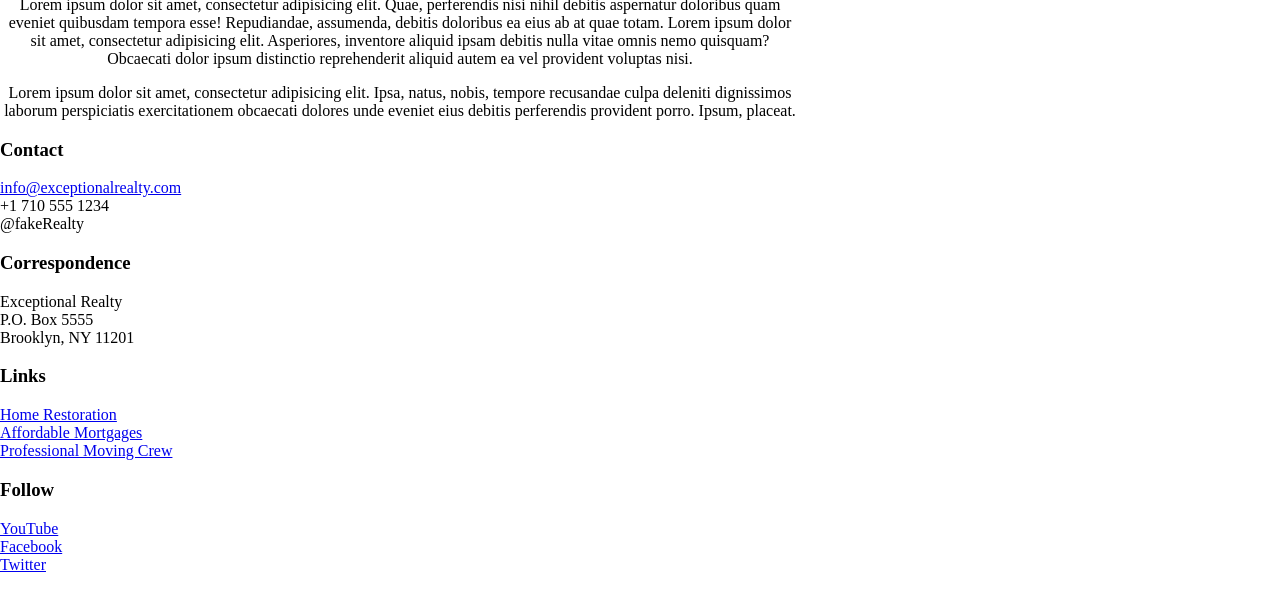
Repository: annferracane/phase-0-css-fundamentals-lab
Page: index.html
These files come from the project's save history. The page is drawn as it stood at one moment and after the next save; the edit follows.
The browser window is 1280 px wide. The pictures show the part of the page from y = 454 to 1044 px (the page is 1044 px tall).
A picture or video elsewhere on the page could not be fetched, so the positions and the page height are approximate.

Above is the page before, as saved 2022-11-11 08:38:54.

### index.html
<!DOCTYPE html>
<html lang="en">
  <head>
    <meta charset="UTF-8">
    <title>Exceptional Realty Group - Luxury Homes - About</title>
    <!-- Don't forget to link your CSS file! -->
    <link rel="stylesheet" href="./style.css" />
  </head>
  <body>
    <header>
      <!-- logo -->
      <h1>Exceptional Realty Group</h1>

      <nav>
        <a href="index.html">About</a> <a href="new-properties.html">New Properties</a> <a href="real-estate-listings.html">Listings</a> <a href="market-report.html">Market Report</a> <a href="contact.html">Contact</a> <a href="http://hud.gov" target="_blank">H.U.D.</a>
      </nav>
    </header>

    <section id="featured-property">
      <figure>
        <img src="images/intro-pic.jpg" alt="A beautiful living room." title="Welcome to Exceptional Realty Group">
        <figcaption>345 Carl Street Apt 12, Carrol Rd. Brooklyn, NY - Photo by Denise Richards.</figcaption>
      </figure>

      <p>Lorem ipsum dolor sit amet, consectetur adipisicing elit. Quae, perferendis nisi nihil debitis aspernatur doloribus quam eveniet quibusdam tempora esse! Repudiandae, assumenda, debitis doloribus ea eius ab at quae totam. Lorem ipsum dolor sit amet, consectetur adipisicing elit. Asperiores, inventore aliquid ipsam debitis nulla vitae omnis nemo quisquam? Obcaecati dolor ipsum distinctio reprehenderit aliquid autem ea vel provident voluptas nisi.</p>
      <p>Lorem ipsum dolor sit amet, consectetur adipisicing elit. Ipsa, natus, nobis, tempore recusandae culpa deleniti dignissimos laborum perspiciatis exercitationem obcaecati dolores unde eveniet eius debitis perferendis provident porro. Ipsum, placeat.</p>
    </section>

    <section id="details">
      <div>
        <h3>Contact</h3>
        <p>
          <a href="mailto:info@exceptionalrealty.com">info@exceptionalrealty.com</a><br>
          +1 710 555 1234<br>
          @fakeRealty
        </p>
      </div>

      <div>
        <h3>Correspondence</h3>
        <p>
          Exceptional Realty<br>
          P.O. Box 5555<br>
          Brooklyn, NY 11201
        </p>
      </div>

      <div>
        <h3>Links</h3>
        <p>
          <a href="#" target="_blank">Home Restoration</a><br>
          <a href="#" target="_blank">Affordable Mortgages</a><br>
          <a href="#" target="_blank">Professional Moving Crew</a>
        </p>
      </div>

      <div>
        <h3>Follow</h3>
        <p>
          <a href="#" target="_blank">YouTube</a><br>
          <a href="#" target="_blank">Facebook</a><br>
          <a href="#" target="_blank">Twitter</a>
        </p>
      </div>
    </section>
  </body>
</html>

### style.css
body {
  width: 100%;
  height: 100%;
  margin: 0;
}

h1,
nav,
figure {
  text-align: center;
}

nav a {
  padding-left: 10px;
  padding-right: 10px;
  background-color: gray;
}

figcaption {
  font-size: small;
}

section#featured-property p {
  width: 800px;
  text-align: center;
}

After the next save:
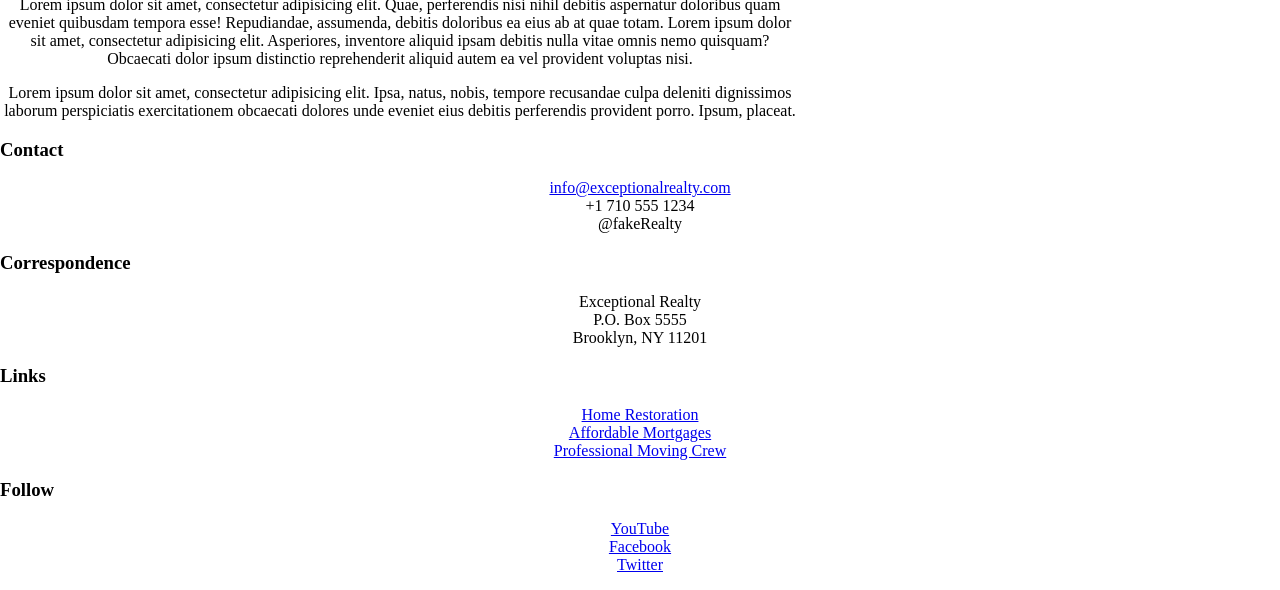
Saved 24 s later.
--- a/style.css
+++ b/style.css
@@ -6,7 +6,8 @@
 
 h1,
 nav,
-figure {
+figure,
+p {
   text-align: center;
 }
 

After the save that followed:
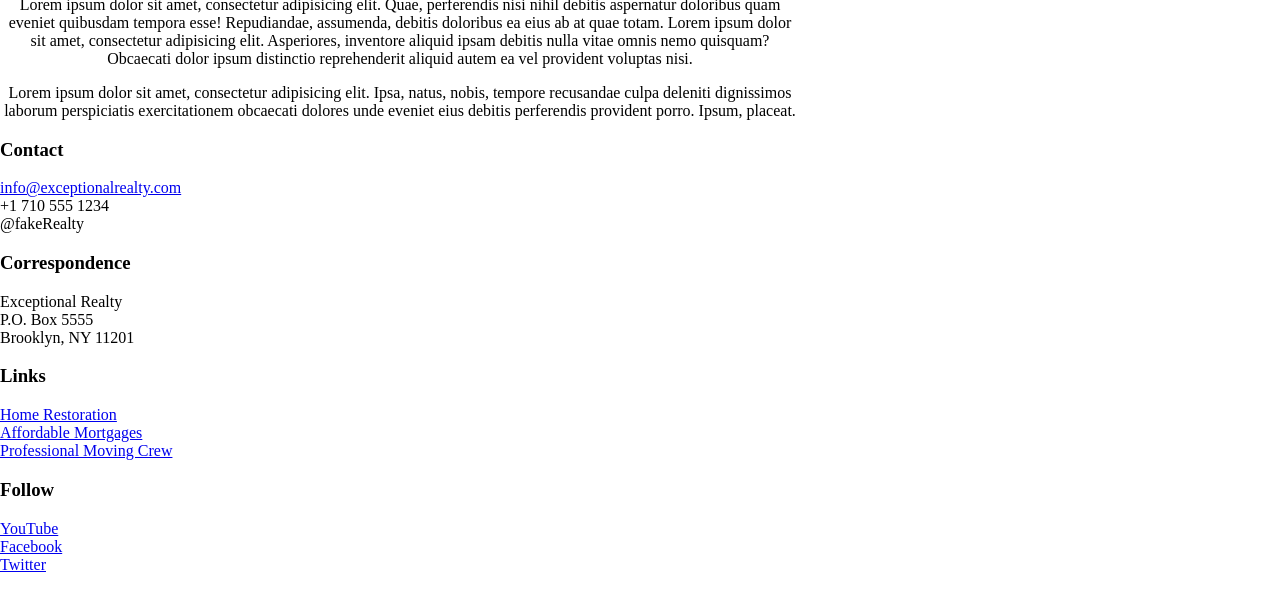
Saved 11 s later.
--- a/style.css
+++ b/style.css
@@ -6,8 +6,7 @@
 
 h1,
 nav,
-figure,
-p {
+figure {
   text-align: center;
 }
 
